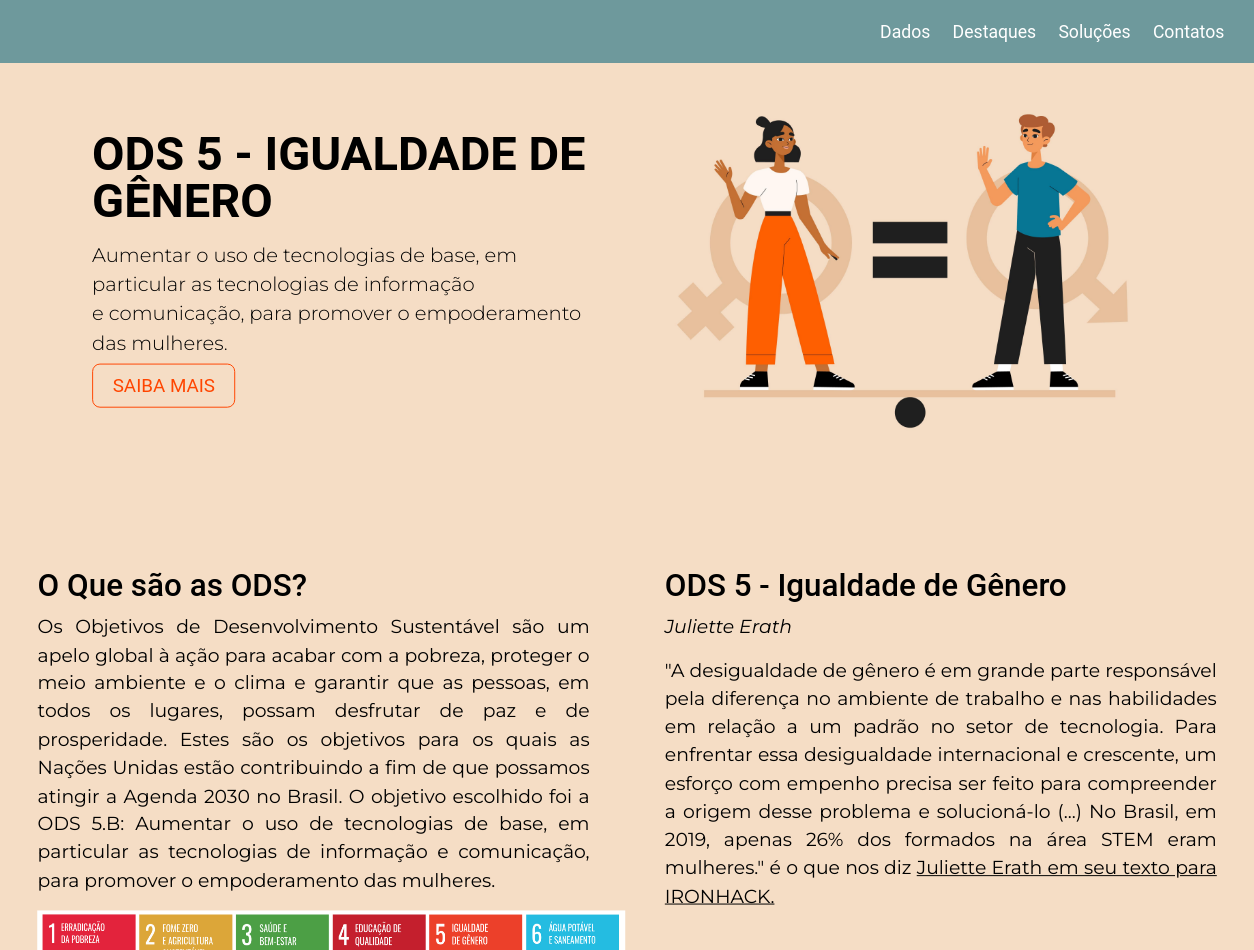
Repository: BellsBarbosa/ODS5_IGUALDADE_DE_GENERO
Page: index.html
The author's editor kept a copy of each file at every save. The page is drawn from the files as they stood at one save, then again after the next save.
The browser window is 1280 px wide. The pictures show the part of the page from y = 0 to 969 px (the page is 3170 px tall), at 98% of full size.
Pictures or frames that could not be fetched are drawn as grey boxes. A picture or video elsewhere on the page could not be fetched, so the positions and the page height are approximate.

Above is the page before, as saved 2023-08-11 16:29:41.

### index.html
<!DOCTYPE html>
<html lang="en">

<head>
    <meta charset="UTF-8">
    <meta name="viewport" content="width=device-width, initial-scale=1.0">
    <meta name="author" content="Isabel Barbosa, Bootstrap contributors">
    <title>ODS 5 - Igualdade de Gênero</title>
    <link href="https://cdn.jsdelivr.net/npm/bootstrap@5.3.0-alpha3/dist/css/bootstrap.min.css" rel="stylesheet"
        integrity="sha384-KK94CHFLLe+nY2dmCWGMq91rCGa5gtU4mk92HdvYe+M/SXH301p5ILy+dN9+nJOZ" crossorigin="anonymous">
    <link rel="stylesheet" href="https://cdn.jsdelivr.net/npm/bootstrap-icons@1.10.5/font/bootstrap-icons.css">
    <link rel="preconnect" href="https://fonts.googleapis.com">
    <link rel="preconnect" href="https://fonts.gstatic.com" crossorigin>
    <link
        href="https://fonts.googleapis.com/css2?family=Caveat:wght@500;700&family=Kalam&family=Montserrat:ital,wght@0,300;0,400;0,500;1,400;1,500;1,600&display=swap"
        rel="stylesheet">
    <link rel="stylesheet" href="style.css">
    </script>


</head>

<body>

    <header class="header-menu sticky-top">
        <nav>
            <img src="IMG/ODS5-1.jpg" alt="ODS5" width="100%" height="100%"></a>
            <ul class="lista-menu">
                <li><a href="#dados">Dados</a></li>
                <li><a href="#destaques">Destaques</a></li>
                <li><a href="#cards">Soluções</a></li>
                <li><a href="#contato">Contatos</a></li>
            </ul>
        </nav>

    </header>


    <div class="container col-xxl-8 px-4 py-5">
        <div class="row flex-lg-row-reverse align-items-center g-5 py-5">
            <div class="col-10 col-sm-8 col-lg-6">
                <img src="IMG/4029136.jpg" class="d-block mx-lg-auto img-fluid" alt="Bootstrap Themes" loading="lazy">
            </div>
            <div class="col-lg-6">
                <h1 class="display-5 fw-bold text-body-emphasis lh-1 mb-3">ODS 5 - IGUALDADE DE GÊNERO</h1>
                <p class="lead">Aumentar o uso de tecnologias de base, em particular as tecnologias de informação
                    <br>e comunicação, para promover o empoderamento das mulheres.
                </p>
                <a href="https://brasil.un.org/pt-br/sdgs/5" class="botao" target="_blank">Saiba mais</a>
                <div class="d-grid gap-2 d-md-flex justify-content-md-start">

                </div>
            </div>
        </div>
    </div>



    <section class="container-fluid" id="ods">
        <div class="row">
            <div class="column">
                <h2 id="h2-margin">O Que são as ODS?</h2>
                <p>Os Objetivos de Desenvolvimento Sustentável são um apelo global à ação para acabar com a
                    pobreza,
                    proteger o meio ambiente e o clima e garantir que as pessoas, em todos os lugares, possam
                    desfrutar de paz e de prosperidade. Estes são os objetivos para os quais as Nações Unidas
                    estão
                    contribuindo a fim de que possamos atingir a Agenda 2030 no Brasil. O objetivo escolhido foi
                    a ODS 5.B: Aumentar o uso de tecnologias de base, em particular as
                    tecnologias de informação e comunicação, para promover o empoderamento das mulheres.
                </p>
                <img src="IMG/odssss-1-scaled.jpg" align-items="left" alt="Crédito da imagem: Estratégia Ods"
                    width="600" height="330">
                </h1>
            </div>

            <div class="column">
                <h2>ODS 5 - Igualdade de Gênero</h2>
                <p><i>Juliette Erath</i></p>
                <p>"A desigualdade de gênero é em grande parte responsável pela diferença no ambiente de
                    trabalho e
                    nas habilidades em relação a um padrão no setor de tecnologia. Para enfrentar essa
                    desigualdade
                    internacional e crescente, um esforço com empenho precisa ser feito para compreender a
                    origem
                    desse problema e solucioná-lo (...) No Brasil, em 2019, apenas 26% dos formados na área STEM
                    eram mulheres." é o que nos diz <a
                        href="https://www.ironhack.com/br/pt/blog/desigualdade-de-genero-na-tecnologia-vamos-discuti-la"
                        class="link" target="_blank">Juliette Erath em seu texto para IRONHACK.</a></p></br>
                <iframe width="560" height="315" src="https://www.youtube.com/embed/go-VJzRqacE"
                    title="YouTube video player" frameborder="0"
                    allow="accelerometer; autoplay; clipboard-write; encrypted-media; gyroscope; picture-in-picture; web-share"
                    allowfullscreen></iframe>
            </div>
        </div>

    </section>
    <section class="container-fluid" id="dados">
        <article class="container article-lista">
            <div class="dados">
                <h2>Dados sobre a desigualdade de gênero na tecnologia</h2>
                <ul>
                    <li> <a href="https://blog.google/intl/pt-br/novidades/por-dentro-do-google/mind-the-gap-2022-incentivando-meninas-a-ingressarem-em-carreiras-na-area-de-tecnologia/#:~:text=Segundo%20o%20estudo%20%E2%80%9CDecifrar%20o,a%20STEM%20na%20educa%C3%A7%C3%A3o%20superior."
                            class="link" target="_blank">Segundo o estudo “Decifrar o código: educação de
                            meninas e
                            mulheres em ciências, tecnologia, engenharia e matemática (STEM)” (2022), feito pela
                            ONU
                            Mulheres, 74% das mulheres se interessam por ciência, tecnologia, engenharia e
                            matemática,
                            mas apenas 30% delas escolhem campos relacionados a STEM na educação superior.</a>
                    </li> </br>
                    <a href="http://www.onumulheres.org.br/noticias/onu-mulheres-defende-investimentos-publicos-e-privados-em-igualdade-de-genero-para-aumentar-participacao-de-meninas-e-mulheres-em-ciencia-e-tecnologia/"
                        class="link" target="_blank">Em 2019 a ONU Mulheres fez o alerta global de que as
                        mulheres estão
                        fora dos principais postos de trabalho gerados pela revolução digital. Elas têm somente
                        18% dos
                        títulos de graduação em Ciências da Computação e são, atualmente, apenas 25% da força de
                        trabalho da indústria digital.</a></li> </br> </br>
                    <li> <a href="https://www.vittude.com/blog/mulheres-na-tecnologia-os-desafios-femininos-no-setor/"
                            class="link" target="_blank"> Mesmo com todas essas adversidades, o Cadastro Geral
                            de
                            Empregados e Desempregados (Caged), apontou que a participação das mulheres cresceu
                            60% nos
                            últimos cinco, passando de 27,9 mil para 44,5 em 2019. No entanto, o avanço ainda é
                            tímido e
                            elas representam somente 20% dos profissionais de tecnologia do país.</a> </li>
                        </br>
                </ul>

            </div>
        </article>
    </section>
    <section class="container-fluid" id="destaques">
        <article class="container article-lista">

                <h2>Mulheres importantes na história da tecnologia</h2>
                <ul>
                    <li>
                        <p class="lista-titulo">Ada Lovelace</p>
                        <p class="lista-descricao">
                            Ela foi a primeira pessoa a escrever um algoritmo que pôde ser processado por
                            uma máquina.
                            Ada foi reconhecida depois de muitos anos e hoje ela é lembrada com celebrações.
                            Existe um
                            dia, o Ada Lovelace Day, na segunda terça-feira de outubro, que visa incentivar
                            as mulheres
                            a avançarem em matemática e ciência. Detalhe: foi sua mãe quem a estimulou a
                            estudar
                            matemática é lógica.</br>
                            </br>
                        </p>
                    </li>
                    <li>
                        <p class="lista-titulo">Grace Hopper</p>

                        <p class="lista-descricao">
                            Foi almirante e analista de sistemas da marinha dos EUA. Foi ela quem inventou o
                            termo
                            “bug”: ela estava com um problema no computador e, ao investigar, descobriu que
                            tinha um
                            inseto (bug em inglês) morto dentro dele. Ela também criou a extinta linguagem
                            de
                            programação Flow-Matic, que serviu como base para a criação do COBOL (Common
                            Business
                            Oriented Language) – usado até os dias de hoje em processamento de bancos de
                            dados
                            comerciais. </br>

                        </p>
                    </li>
                    <li>
                        <p class="lista-titulo">Mary Jackson</p>

                        <p class="lista-descricao">
                            Foi uma matemática e a primeira engenheira aeroespacial da Nasa. Ela conseguiu
                            alavancar sua
                            carreira mudando seu status de matemática para engenheira. Criou grupos de
                            mentoria para
                            mostrar o que pessoas de grupos de minoria precisavam fazer para também
                            conseguirem essa
                            promoção. </br>

                        </p>
                    </li>
                    <p class="fonte">FONTE: <a target="_blanck"
                            href="http://www.onumulheres.org.br/noticias/onu-mulheres-defende-investimentos-publicos-e-privados-em-igualdade-de-genero-para-aumentar-participacao-de-meninas-e-mulheres-em-ciencia-e-tecnologia/">Mulheres
                            em tecnologia: e se fôssemos 50%?</a></p>

            </div>

        </article>
    </section>


    <section class="container-fluid" id="cards">
        <div class="row row-cols-1 row-cols-md-3 g-4">
            <div class="col">
                <div class="card">
                    <img src="IMG/criança.jpg" class="card-img-top" alt="...">
                    <div class="card-body">
                        <h5 class="card-title text-center">Introduza meninas ao mundo da tecnologia</h5>
                        <p class="card-text justify-content-evenly">Apresentar as meninas ao mundo da tecnologia expande
                            as chances delas desenvolverem suas habilidades e criatividade,
                            proporcionando a elas a chance de inventar, criar e aprender sobre a área.</p>
                    </div>
                </div>
            </div>
            <div class="col">
                <div class="card">
                    <img src="IMG/mulher_liderança.jpg" class="card-img-top" alt="...">
                    <div class="card-body">
                        <h5 class="card-title text-center">Comemore as mulheres na liderança</h5>
                        <p class="card-text justify-content-evenly">Divulgar a jornadas de mulheres que impactaram na
                            tecnologia, e celebrar o trabalho dessas vitoriosas, irá inspirar
                            nossas meninas e mulheres a iniciar suas próprias carreiras na área tecnológica..</p>
                    </div>
                </div>
            </div>
            <div class="col">
                <div class="card">
                    <img src="IMG/parcerias.jpg" class="card-img-top" alt="...">
                    <div class="card-body">
                        <h5 class="card-title text-center">Estabeleça parcerias e oportunidades</h5>
                        <p class="card-text justify-content-evenly">Realizar parcerias com entidades que utilizam a
                            tecnologia como instrumento para diminuir a desigualdade de gênero irá
                            expandir o alcance desses projetos, aumentando assim a inserção de mulheres na
                            tecnologia.</p>
                    </div>
                </div>
            </div>

        </div>
    </section>


    <footer class="rodape" id="contato">
        <div class="container">
            <div class="row">
                <div class="column">
                    <ul class="lista-rodape">
                        <li> <i class="bi bi-envelope"></i><a href="barbosa.isabelcristina@gmail.com" target="_blank"
                                class="link-icone">
                                barbosa.isabelcristina@gmail.com</a></li>
                        <li><i class="bi bi-linkedin"></i><a href="https://www.linkedin.com/in/isabel-barbosa-aa080456/"
                                target="_blank" class="link-icone"> Isabel Barbosa</a></li>
                        <li><i class="bi bi-github"></i><a href="https://github.com/BellsBarbosa" target="_blank"
                                class="link-icone">
                                BellsBarbosa</a></li>
                        <li><i class="bi bi-arrow-up-square-fill"></i><a href="#top" class="link-icone"> Topo da
                                página</a></li>

                    </ul>
                </div>
                <div class="column">
                    <ul class="lista-rodape">
                        <li>Créditos:</li>
                        <li>Imagem ODS:<a href="https://estrategiaods.org.br/" target="_blank" class="link-icone">
                                Estratégia ODS</a></li>
                        </li>
                        <li>Hero Image:<a
                                href="https://br.freepik.com/vetores-gratis/conceito-de-igualdade-de-genero_8925920.htm#query=igualdade%20de%20genero&position=0&from_view=search&track=ais">Imagem
                                de pikisuperstar</a> no Freepik</li>
                        </li>
                        <li> Video: <a href="https://www.youtube.com/watch?v=go-VJzRqacE&ab_channel=CentroCulturalLight"
                                target="_blank" class="link-icone">
                                Centro Cultural Light</a></li>
                        </li>
                        <li> Card 1: <a
                                href="https://br.freepik.com/fotos-gratis/garotinha-afro-americana-feliz-durante-videochamada-com-laptop_20052825.htm#query=meninas%20na%20tecnologia&position=14&from_view=search&track=ais">Imagem
                                de master1305</a> no Freepik
                        </li>
                        <li> Card 2: <a
                                href="https://br.freepik.com/fotos-gratis/mulher-afro-americana-confiante-com-documentos-em-papel_6882196.htm#query=mulheres%20na%20lideran%C3%A7a&position=19&from_view=search&track=ais">Imagem
                                de pch.vector</a> no Freepik
                        </li>
                        <li> Card 3: <a
                                href="https://br.freepik.com/fotos-gratis/mulheres-de-negocios-felizes-apoiando-uns-aos-outros-e-de-maos-dadas-em-um-cafe_26402023.htm#query=mulheres%20na%20lideran%C3%A7a&position=17&from_view=search&track=ais">Imagem
                                de Drazen Zigic</a> no Freepik
                        </li>
                    </ul>
                </div>
            </div>


        </div>
    </footer>

### style.css
 @import url('https://fonts.googleapis.com/css2?family=Caveat:wght@500;700&family=Kalam&family=Montserrat:ital,wght@0,300;0,400;0,500;1,400;1,500;1,600&display=swap');

 html {
   scroll-behavior: smooth;
   /*Adds smooth scrolling instead of snapping to element*/
  scroll-margin-block-start: 110px;
    /*Adds margin to the top of the viewport*/

    scroll-margin-block-end: 110pxx;
    /*Adds margin to the bottom of the viewport*/
  }


 * {

   margin: 0;

   padding: 0;

   outline: 0;
 }



 body {

   font-family: 'Roboto', sans-serif;
   margin: 0;
   background-color: #f5ddc5;
   display: flex;
   min-height: 100vh;
   flex-direction: column;
   margin-top: 0%;
   position: relative;
   width: 100%;
   margin: 0 auto;
   padding: 0;

 }

 p {
   font-size: 1.2em;
   font-family: 'Montserrat', sans-serif;
   color: #000000;

 }

 a {
   color: rgb(0, 0, 0);
 }

 .h2 {
   color: #FF4500
 }

 li {

   list-style: none;
 }

 .header-menu {

   display: flex;
   position: fixed;
   width: 100%;
   padding: 8px;
   padding-bottom: 32px;
   padding-top: 32px;
   height: 30px;
   background-color: #6e999c;
 }

 .header-menu nav {
   display: flex;
   justify-content: flex-end;
   width: 100%;
 }

 .lista-menu {
   display: flex;
   justify-content: space-evenly;
   width: 50%;
   align-items: center;
 }

 .lista-menu li>a {
   color: #FFF;
   font-size: 18px;
   text-decoration: inherit;
 }

 .lista-titulo {
   font-weight: 600;
 }

 .lista-titulo {
   margin-bottom: 5px;
   font-size: 22px;
   color: #000000;
   font-weight: 700;
 }

  .lista-descricao {
   font-size: 18px;
   margin-top: 5px;
   line-height: 20px;
   color: #000000;
   font-weight: 300;
 }

 .botao {
   border-radius: 8px;
   border: 1px solid #FF4500;
   color: #FF4500;
   font-size: 1.2em;
   line-height: 25px;
   text-align: center;
   text-decoration: none;
   text-transform: uppercase;
   padding: 10px 20px 10px 20px;
   position: relative;
   width: 200px;
 }

 .botao a {
   padding-left: 20%;
 }

 .botao a:hover {
   color: #000000;
   font-size: 1.2em;
 }


 .column {
   float: left;
   width: 50%;
   padding: 3%;
   color: #000000;
   text-align: justify;
 }

 /* Clear floats after the columns */
 .row:after {
   content: "";
   display: table;
   clear: both;
 }

 .ODS {
   padding-bottom: 3%;
 }

 .dados {

   align-content: center;
   color: #000000
 }

 .destaques {

   align-content: center;
   color: #000000;
   display: flex;
 }

 .cards {
   align-content: center;
   color: #000000;
   padding-bottom: 3%;
  display: flex;
 }

 .rodape {

   display: flex;
   align-items: center;
   background-color: #6e999c;
   height: 300px;
 }

 .lista-rodape {
   color: #000000;
   font-weight: 700;
   font-size: 20px;
   margin-bottom: 16px;
   display: flex;
   align-items: flex-start;
   flex-direction: column;

 }

 .estilo-icone {
   font-size: 32px;
   margin-right: 10px;
 }

 .container-fluid{
  padding-bottom: 3%;
 }

After the next save:
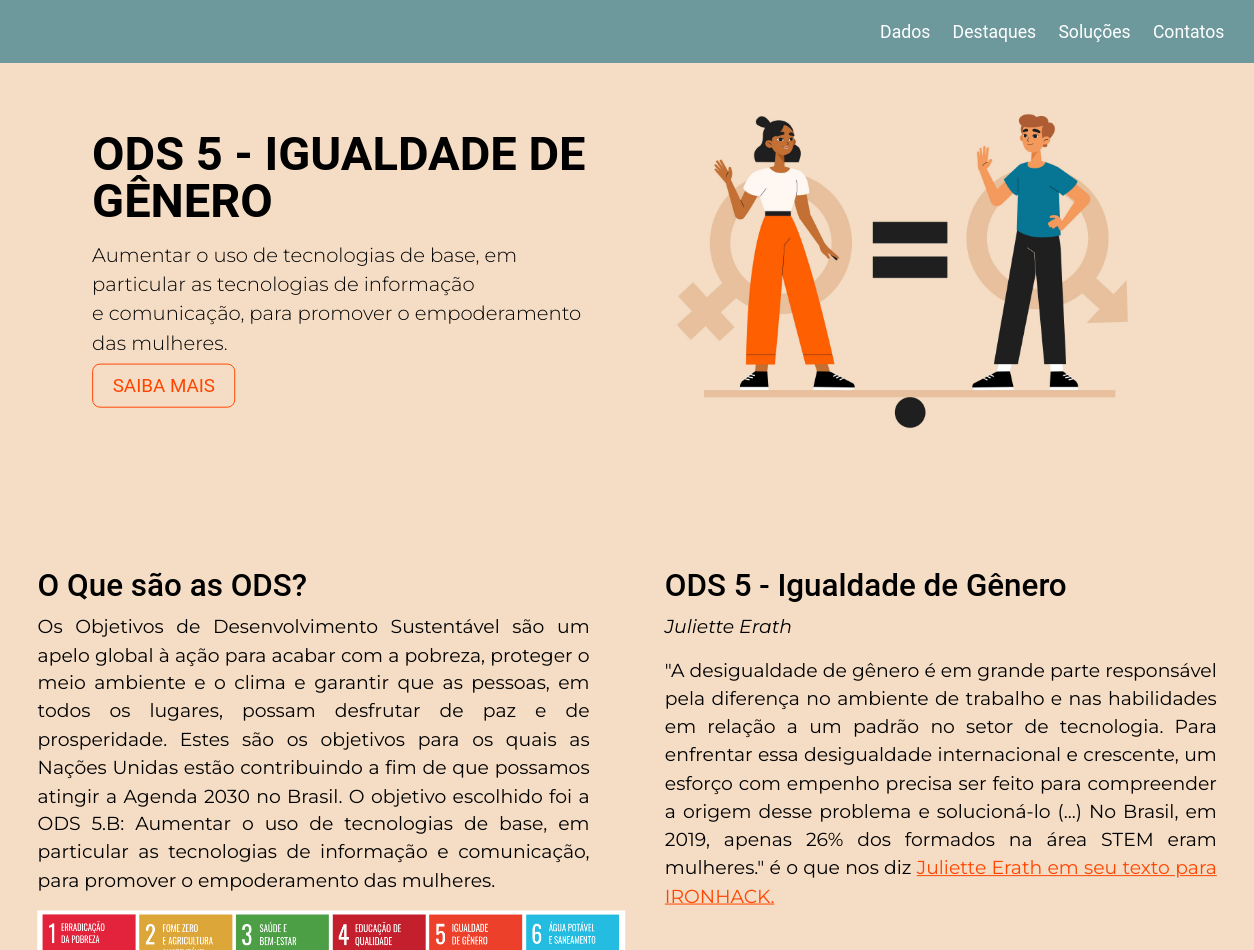
Saved 24 s later.
--- a/style.css
+++ b/style.css
@@ -46,7 +46,7 @@
  }
 
  a {
-   color: rgb(0, 0, 0);
+   color: #FF4500;
  }
 
  .h2 {

After the 2 saves that followed:
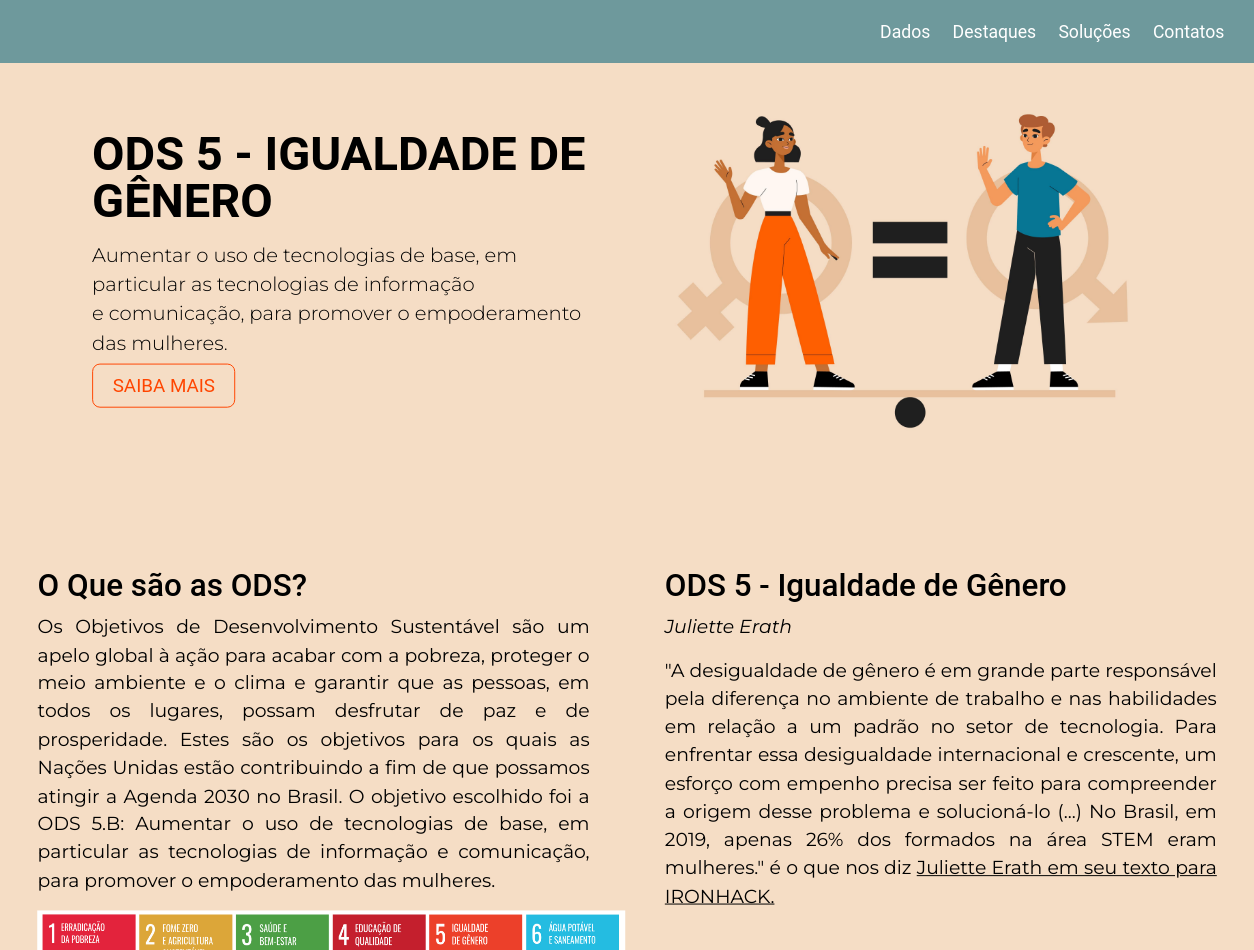
The 2 saves are shown as one change because they came seconds apart.
The last was saved 14 s later.
--- a/style.css
+++ b/style.css
@@ -46,11 +46,11 @@
  }
 
  a {
-   color: #FF4500;
+   color: rgb(0, 0, 0);
  }
 
  .h2 {
-   color: #FF4500
+   color: #0b0b0b
  }
 
  li {
